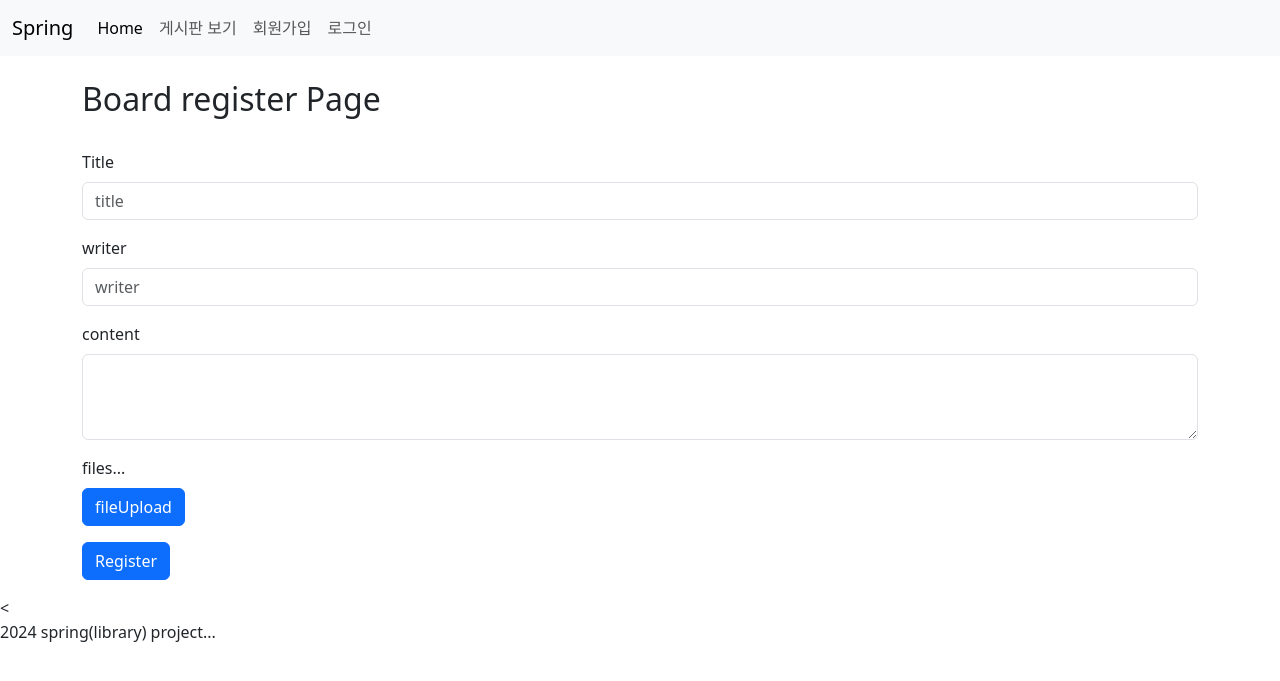
Repository: budflower44/Spring
Page: http://localhost/spring_test2/WEB-INF/views/board/register.jsp
The author's editor kept a copy of each file at every save. The page is drawn from the files as they stood at one save, then again after the next save.
The browser window is 1280 px wide. The pictures show the whole page.
The page is served by Tomcat 9. Nobody is signed in. The template is opened directly, without the code that normally fills it, so the values that code supplies are empty.

Above is the page before, as saved 2024-01-15 05:17:40.
Console error: TypeError: Cannot read properties of null (reading 'addEventListener')

After the next save:
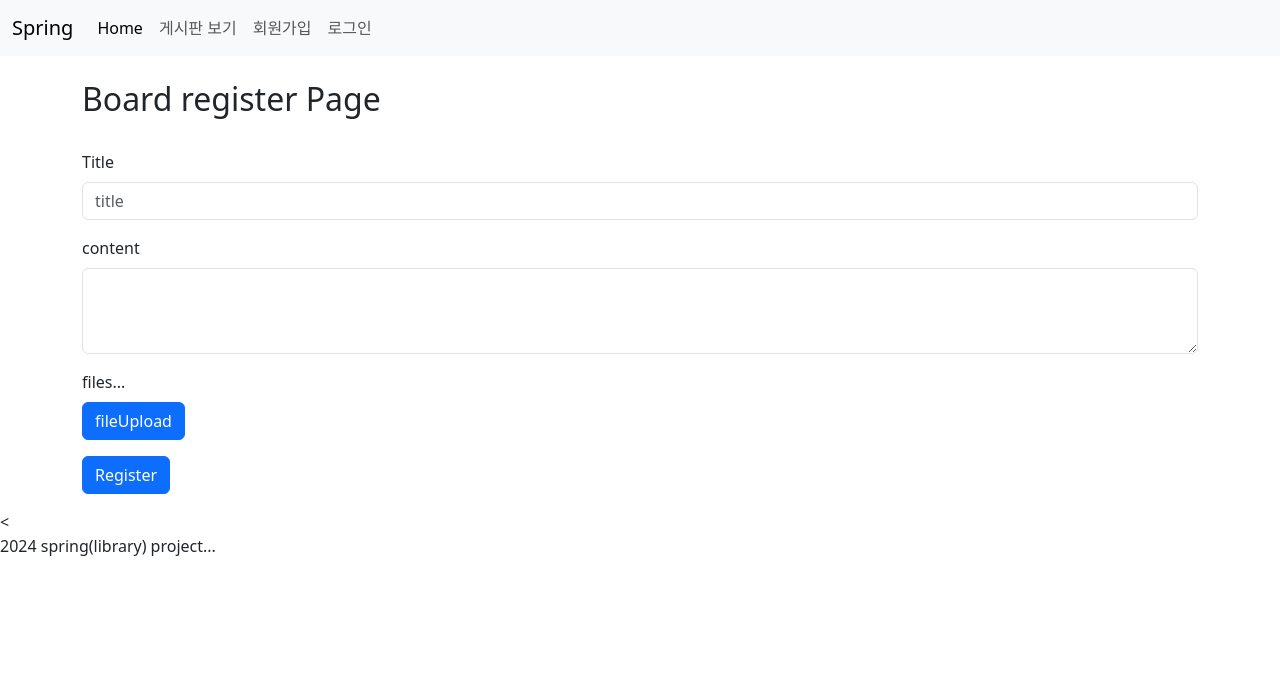
Saved 16 s later.
--- a/spring_test2/src/main/webapp/WEB-INF/views/board/register.jsp
+++ b/spring_test2/src/main/webapp/WEB-INF/views/board/register.jsp
@@ -1,6 +1,7 @@
 <%@ page language="java" contentType="text/html; charset=UTF-8"
 	    pageEncoding="UTF-8"%>
 	<%@ taglib uri="http://java.sun.com/jsp/jstl/core" prefix="c"%>
+	<%@ taglib uri="http://www.springframework.org/security/tags" prefix="sec" %>
 <jsp:include page="../layout/header.jsp"></jsp:include>
 
 <div class="container-md">
